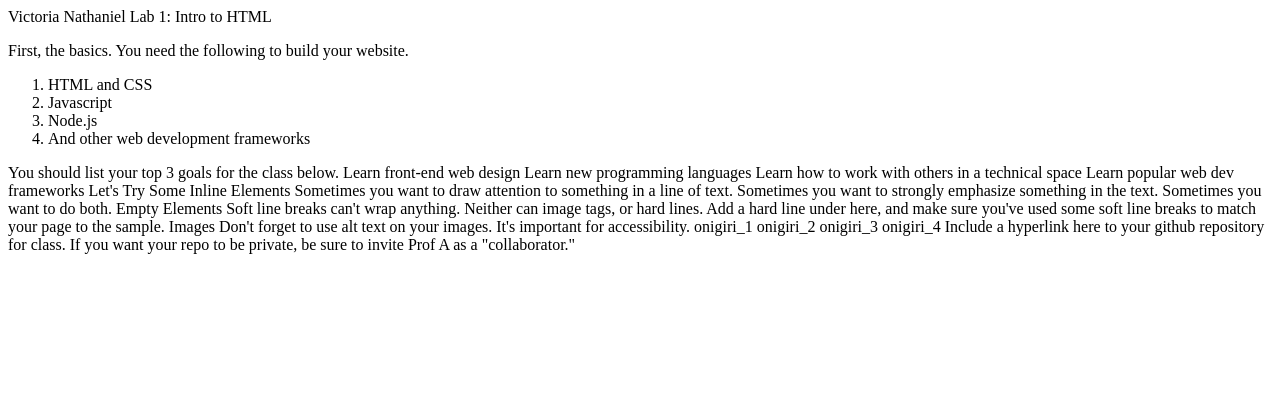
Repository: vnath22/INST377-Lab-Work
Page: client/lab_1/index.html
An editor plug-in stored every save of this project. The page is shown before and after the next save, followed by the edit.
The browser window is 1280 px wide. The pictures show the whole page.

Above is the page before, as saved 2022-01-27 13:20:16.

After the next save:
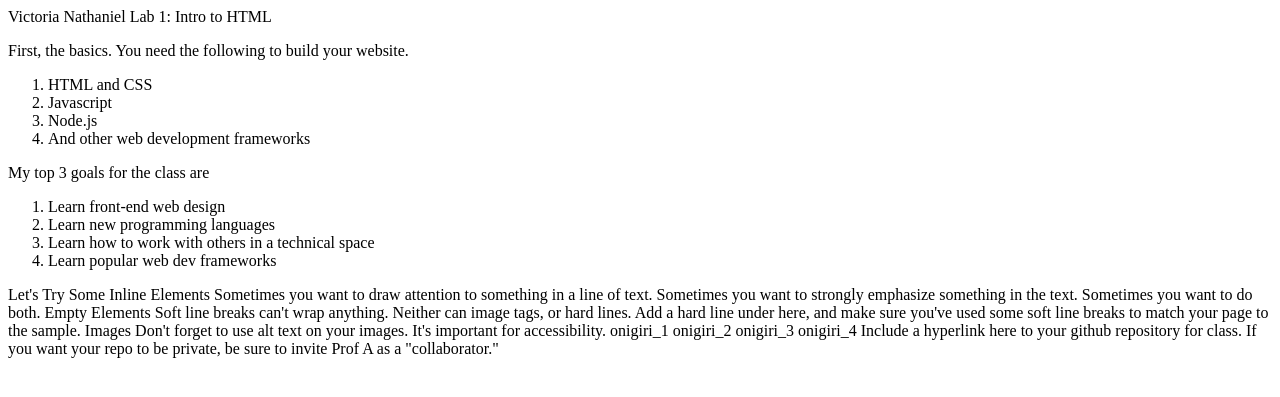
Saved 46 min 12 s later.
--- a/client/lab_1/index.html
+++ b/client/lab_1/index.html
@@ -11,15 +11,16 @@
         <li>And other web development frameworks</li>
     </ol>
 
+    <p>My top 3 goals for the class are </p>
 
+    <ol>
 
+        <li>Learn front-end web design</li>
+        <li>Learn new programming languages</li>
+        <li>Learn how to work with others in a technical space</li>
+        <li>Learn popular web dev frameworks</li>
+    </ol>
 
-You should list your top 3 goals for the class below.
-
-Learn front-end web design
-Learn new programming languages
-Learn how to work with others in a technical space
-Learn popular web dev frameworks
 
 Let's Try Some Inline Elements
 
